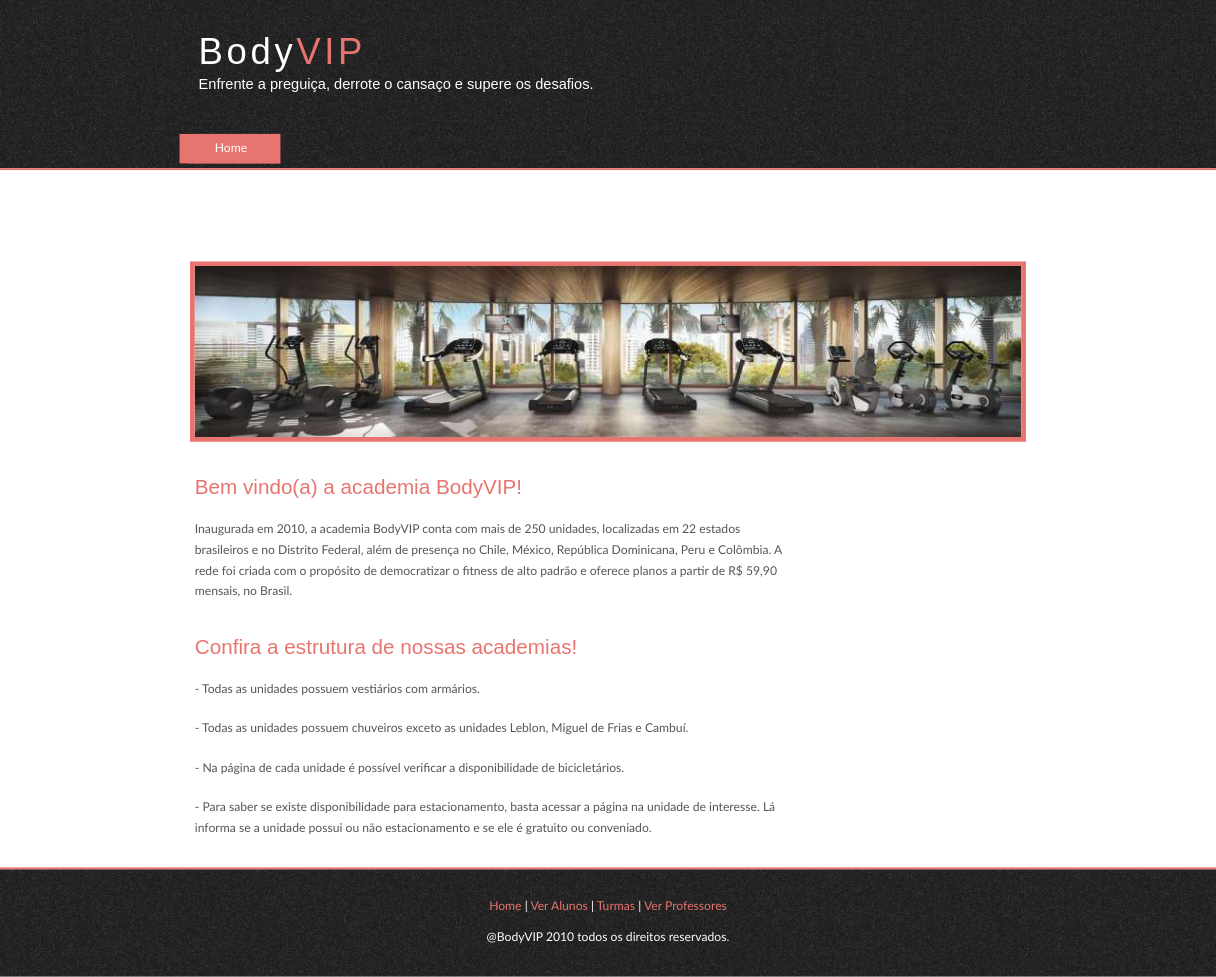
Repository: Thais-Ferreira/Projeto_bodyVIP
Page: http://localhost/BodyVIP/home.jsp
An editor plug-in stored every save of this project. The page is shown before and after the next save, followed by the edit.
The browser window is 1280 px wide. The pictures show the whole page, at 95% of full size.
The page is served by Tomcat 9. Other server files are loaded and not shown.

Above is the page before, as saved 2017-06-20 18:01:41.

### BodyVIP/WebContent/home.jsp
<%@ page language="java" contentType="text/html; charset=ISO-8859-1"
    pageEncoding="ISO-8859-1"%>
<!DOCTYPE html PUBLIC "-//W3C//DTD HTML 4.01 Transitional//EN" "http://www.w3.org/TR/html4/loose.dtd">
<html>
<head>
	<meta http-equiv="Content-Type" content="text/html; charset=ISO-8859-1">
	<link rel="stylesheet" type="text/css" href="css/style.css" />
	<title>Home</title>
</head>
<body>
	<div id="main">
    <div id="header">
      <div id="logo">
        <div id="logo_text">
          <h1><a href="home.jsp">Body<span class="logo_colour">VIP</span></a></h1>
          <h2>Enfrente a preguiça, derrote o cansaço e supere os desafios.</h2>
        </div>
      </div>
      <div id="menubar">
        <ul id="menu">
          <li class="selected"><a href="home.jsp">Home</a></li>
          <li><a href="#">Alunos</a>
          	<ul id="menubar">
          		<li><a href="AlunoController?acao=cadastro">Cadastrar Aluno</a></li>
          		<li><a href="AlunoController?acao=buscaLista">Listar Alunos</a></li>
          	</ul>
          </li>
          <li><a href="TurmaController?acao=cadastro">Nova Turma</a></li>
          <li><a href="TurmaController?acao=buscaLista">Turmas</a></li>
          <li><a href="ProfessorController?acao=cadastro">Novo Professor</a></li>
          <li><a href="ProfessorController?acao=buscaLista">Professores</a></li>
        </ul>
      </div>
    </div>
    <div id="content_header"></div>
    <div id="site_content">
      <div id="banner"></div>

      <div id="content">
        <h1>Bem vindo(a) a academia BodyVIP!</h1>
        <p>Inaugurada em 2010, a academia BodyVIP conta com mais de 250 unidades, localizadas em 22 estados brasileiros
        e no Distrito Federal, além de presença no Chile, México, República Dominicana, Peru e Colômbia.
        A rede foi criada com o propósito de democratizar o fitness de alto padrão e oferece planos
        a partir de R$ 59,90 mensais, no Brasil.
		</p>
        <h1>Confira a estrutura de nossas academias!</h1>
        <p>- Todas as unidades possuem vestiários com armários.</p>
        <p>- Todas as unidades possuem chuveiros exceto as unidades Leblon, Miguel de Frias e Cambuí.</p>
        <p>- Na página de cada unidade é possível verificar a disponibilidade de bicicletários. </p>
        <p>- Para saber se existe disponibilidade para estacionamento, basta acessar a página na unidade de
        interesse. Lá informa se a unidade possui ou não estacionamento e se ele é gratuito ou conveniado. </p>
      </div>
    </div>
    <div id="content_footer"></div>
    <div id="footer">
      <p><a href="home.jsp">Home</a> | <a href="AlunoController?acao=buscaLista">Ver Alunos</a> | <a href="another_page.html">Turmas</a> | <a href="ProfessorController?acao=buscaLista">Ver Professores</a></p>
      <p>@BodyVIP 2010 todos os direitos reservados.</p>
    </div>
  </div>
</body>
</html>

### BodyVIP/WebContent/css/style.css
@CHARSET "ISO-8859-1";

html
{ height: 100%;}

*
{ margin: 0;
  padding: 0;}

body
{ font: normal .80em 'trebuchet ms', arial, sans-serif;
  background: #FFF;
  color: #555;}

p
{ padding: 0 0 20px 0;
  line-height: 1.7em;}

img
{ border: 0;}

h1, h2, h3, h4, h5, h6
{ color: #E7746F;
  letter-spacing: 0em;
  padding: 0 0 5px 0;}

h1, h2, h3
{ font: normal 170% 'century gothic', arial;
  margin: 0 0 15px 0;
  padding: 15px 0 5px 0;}

h2
{ font-size: 160%;
  padding: 9px 0 5px 0;}

h3
{ font-size: 140%;
  padding: 5px 0 0 0;}

h4, h6
{ color: #009FBC;
  padding: 0 0 5px 0;
  font: normal 110% arial;
  text-transform: uppercase;}

h5, h6
{ color: #888;
  font: normal 95% arial;
  letter-spacing: normal;
  padding: 0 0 15px 0;}

a, a:hover
{ outline: none;
  text-decoration: underline;
  color: #009FBC;}

a:hover
{ text-decoration: none;}

blockquote
{ margin: 20px 0;
  padding: 10px 20px 0 20px;
  border: 1px solid #E5E5DB;
  background: #FFF;}

ul
{ margin: 2px 0 22px 17px;}

ul li
{ list-style-type: circle;
  margin: 0 0 6px 0;
  padding: 0 0 4px 5px;
  line-height: 1.5em;}

ol
{ margin: 8px 0 22px 20px;}

ol li
{ margin: 0 0 11px 0;}

.left
{ float: left;
  width: auto;
  margin-right: 10px;}

.right
{ float: right;
  width: auto;
  margin-left: 10px;}

.center
{ display: block;
  text-align: center;
  margin: 20px auto;}

#main, #logo, #menubar, #site_content, #footer
{ margin-left: auto;
  margin-right: auto;}

#header
{ background: #1d1d1d url(../imagens/pattern.png) repeat;
  border-bottom: 2px solid #E7746F;
  height: 177px;}

#banner
{ background: transparent url(../imagens/banner.jpg) no-repeat;
  width: 870px;
  height: 180px;
  margin-bottom: 20px;
  border: 5px solid #E7746F;}

#logo
{ width: 880px;
  position: relative;
  height: 140px;
  background: transparent;}

#logo #logo_text
{ position: absolute;
  top: 10px;
  left: 0;}

#logo h1, #logo h2
{ font: normal 300% 'century gothic', arial, sans-serif;
  border-bottom: 0;
  text-transform: none;
  margin: 0 0 0 9px;}

#logo_text h1, #logo_text h1 a, #logo_text h1 a:hover
{ padding: 22px 0 0 0;
  color: #FFF;
  letter-spacing: 0.1em;
  text-decoration: none;}

#logo_text h1 a .logo_colour
{ color: #E7746F;}

#logo_text a:hover .logo_colour
{ color: #FFF;}

#logo_text h2
{ font-size: 120%;
  padding: 4px 0 0 0;
  color: #FFF;}

#menubar
{ width: 880px;
  height: 46px;}

ul#menu
{ float: right;
  margin: 0;}

ul#menu li
{ float: left;
  padding: 0 0 0 9px;
  list-style: none;
  margin: 1px 2px 0 0;
  background: transparent;}

ul#menu li a
{ font: normal 100% 'trebuchet ms', sans-serif;
  display: block;
  float: left;
  height: 20px;
  padding: 6px 35px 5px 28px;
  text-align: center;
  color: #FFF;
  text-decoration: none;
  background: transparent;}

ul#menu li.selected a
{ height: 20px;
  padding: 6px 35px 5px 28px;}

ul#menu li.selected
{ margin: 1px 2px 0 0;
  background: #E7746F;}

ul#menu li.selected a, ul#menu li.selected a:hover
{ background: #E7746F;
  color: #FFF;}

ul#menu li a:hover
{ color: #FFF;
  background: #E7746F;}

#site_content
{ width: 880px;
  overflow: hidden;
  margin: 20px auto 0 auto;
  padding: 0 0 10px 0;}

#sidebar_container
{ float: right;
  width: 224px;}

.sidebar_top
{ width: 222px;
  height: 14px;
  background: transparent url(../imagens/side_top.png) no-repeat;}

.sidebar_base
{ width: 222px;
  height: 14px;
  background: url(../imagens/side_base.png) no-repeat;}

.sidebar
{ float: right;
  width: 222px;
  padding: 0;
  margin: 0 0 16px 0;}

.sidebar_item
{ background: url(../imagens/side_back.png) repeat-y;
  padding: 0 15px;
  width: 192px;}

.sidebar li a.selected
{ color: #444;}

.sidebar ul
{ margin: 0;}

#content
{ text-align: left;
  width: 620px;
  padding: 0 0 0 5px;
  float: left;}

#content ul
{ margin: 2px 0 22px 0px;}

#content ul li, .sidebar ul li
{ list-style-type: none;
  background: url(../imagens/bullet.png) no-repeat;
  margin: 0 0 0 0;
  padding: 0 0 4px 25px;
  line-height: 1.5em;}

#footer
{ width: 100%;
  font-family: 'trebuchet ms', sans-serif;
  font-size: 100%;
  height: 80px;
  padding: 28px 0 5px 0;
  text-align: center;
  background: transparent url(../imagens/pattern.png) repeat;
  border-top: 2px solid #E7746F;
  color: #FFF;}

#footer p
{ line-height: 1.7em;
  padding: 0 0 10px 0;}

#footer a
{ color: #E7746F;
  text-decoration: none;}

#footer a:hover
{ color: #FFF;
  text-decoration: none;}

.search
{ color: #5D5D5D;
  border: 1px solid #BBB;
  width: 134px;
  padding: 4px;
  font: 100% arial, sans-serif;}

.form_settings
{ margin: 15px 0 0 0;}

.form_settings p
{ padding: 0 0 4px 0;}

.form_settings span
{ float: left;
  width: 200px;
  text-align: left;}

.form_settings input, .form_settings textarea
{ padding: 5px;
  width: 299px;
  font: 100% arial;
  border: 1px solid #E5E5DB;
  background: #FFF;
  color: #47433F;}

.form_settings .submit
{ font: 100% arial;
  border: 0;
  width: 99px;
  margin: 0 0 0 212px;
  height: 33px;
  padding: 2px 0 3px 0;
  cursor: pointer;
  background: #E7746F;
  color: #FFF;}

.form_settings textarea, .form_settings select
{ font: 100% arial;
  width: 299px;}

.form_settings select
{ width: 310px;}

.form_settings .checkbox
{ margin: 4px 0;
  padding: 0;
  width: 14px;
  border: 0;
  background: none;}

.separator
{ width: 100%;
  height: 0;
  border-top: 1px solid #D9D5CF;
  border-bottom: 1px solid #FFF;
  margin: 0 0 20px 0;}

table
{ margin: 0 0 30px 0;}

table tr th, table tr td
{ background: #E5E5DB;
  color: #47433F;
  padding: 7px 4px;
  text-align: center;}

table tr td
{ background: #E5E5DB;
  color: #47433F;
  border-top: 1px solid #FFF;}

After the next save:
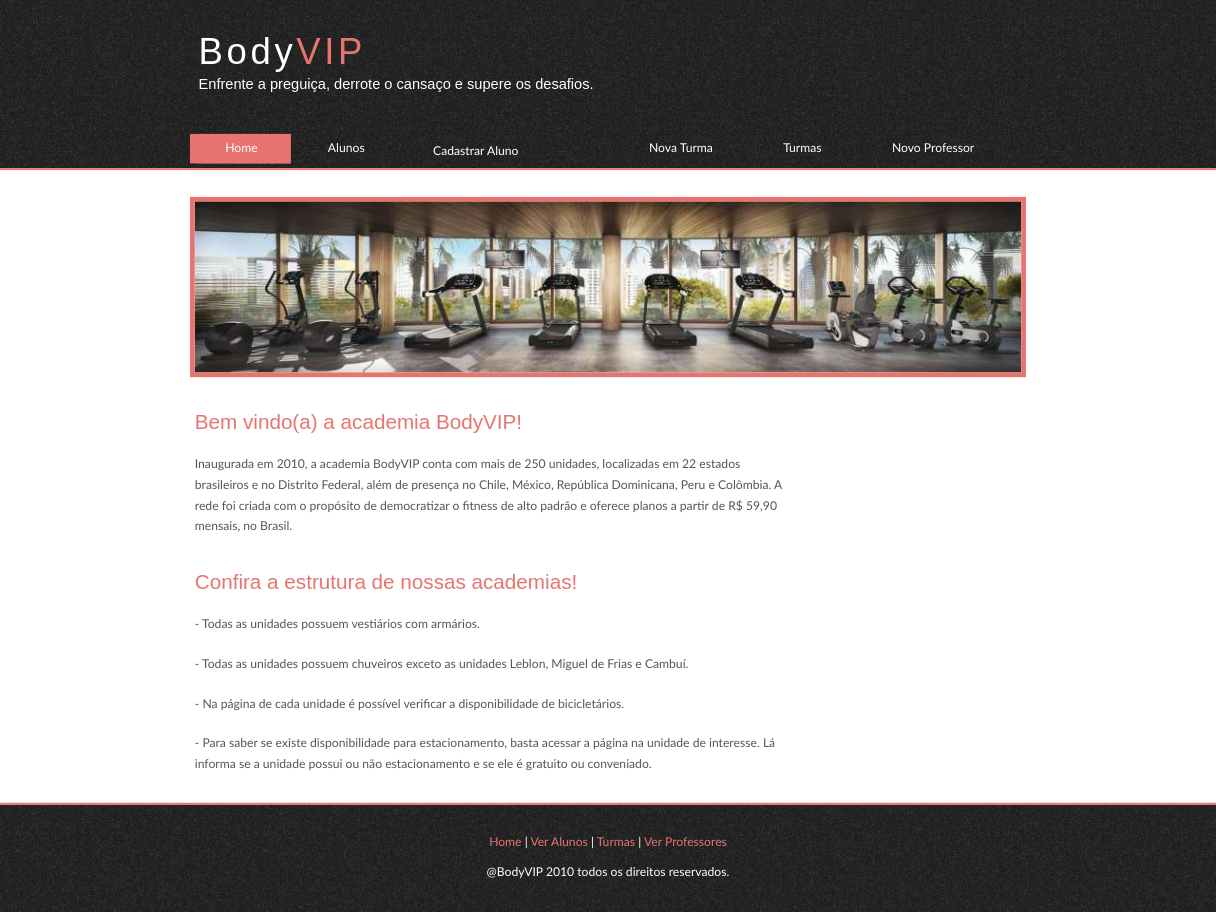
Saved 19 s later.
--- a/BodyVIP/WebContent/home.jsp
+++ b/BodyVIP/WebContent/home.jsp
@@ -20,7 +20,7 @@
         <ul id="menu">
           <li class="selected"><a href="home.jsp">Home</a></li>
           <li><a href="#">Alunos</a>
-          	<ul id="menubar">
+          	<ul>
           		<li><a href="AlunoController?acao=cadastro">Cadastrar Aluno</a></li>
           		<li><a href="AlunoController?acao=buscaLista">Listar Alunos</a></li>
           	</ul>
